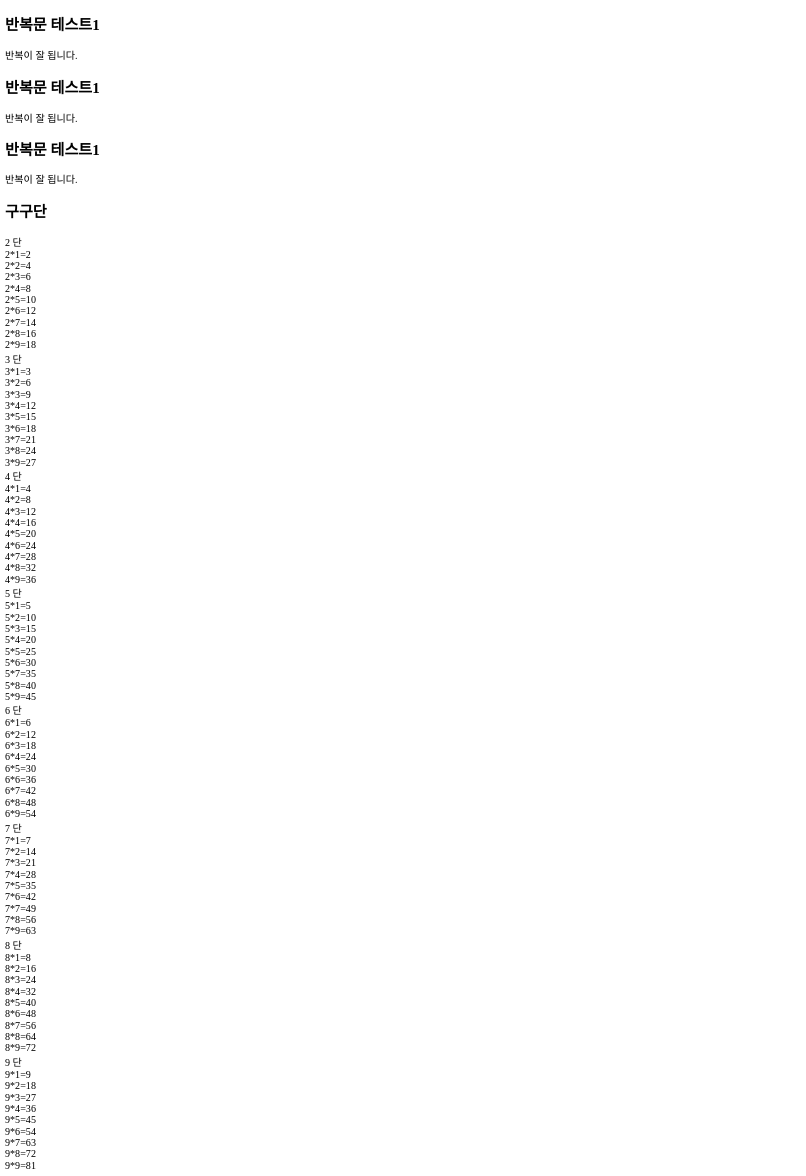
Repository: dev-leeJin/jsp-practice
Page: http://localhost/JSPBasic/jspTag/Scriptlet.jsp
These files come from the project's save history. The page is drawn as it stood at one moment and after the next save; the edit follows.
The browser window is 1280 px wide. The pictures show the whole page, at 63% of full size.
The page is served by Tomcat 9.

Above is the page before, as saved 2022-01-28 02:50:24.

### JSPBasic/src/main/webapp/jspTag/Scriptlet.jsp
<%@ page language="java" contentType="text/html; charset=UTF-8"
    pageEncoding="UTF-8"%>
<!DOCTYPE html>
<html>
<head>
<meta charset="UTF-8">
<title>Insert title here</title>
</head>
<body>
	<!-- 스크립트릿 내부에는 자바 코드를 작성할 수 있으며
	이 코드를 반영해 페이지가 구성됩니다. -->
	<% for(int i = 0; i < 3; i++) {%>
		<h2>반복문 테스트1</h2>
		<p>
			반복이 잘 됩니다.
		</p>
	<%} %>  <!-- 중간에 다른 구문이 들어간다면 띄어주는 부분은 따로 표현을 해줘야 작동한다. -->

	<!-- Q하단에 구구단 코드를 작성해주세요.
	System.out.println() 이 괄호 내 구문을 콘솔에 찍히게 해줬다면
	out.println()은 html화면에 괄호 내 구문을 콘솔에 찍히게 해줍니다.
	(javascript의 document.write()와 같은 역할-->
	<h2>구구단 </h2>
	<%
		for(int a = 2; a<10; a++){
			out.println(a+" 단" + "<br/>");
			for(int b = 1; b<10; b++){
				out.println(a + "*" + b + "=" + (a*b) + "<br/>");
			}
		}
	%>
</body>
</html>

After the next save:
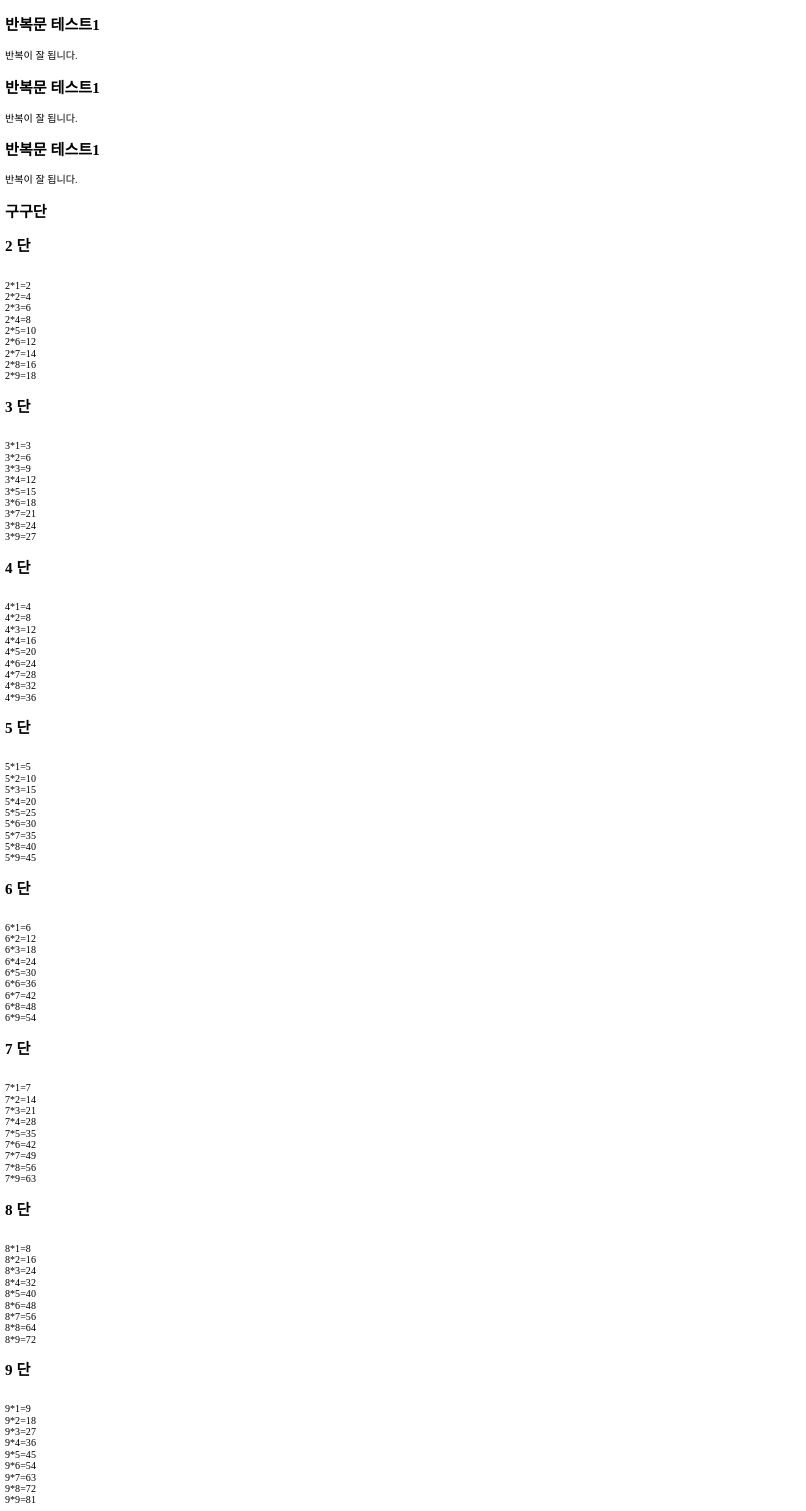
Saved 24 min 31 s later.
--- a/JSPBasic/src/main/webapp/jspTag/Scriptlet.jsp
+++ b/JSPBasic/src/main/webapp/jspTag/Scriptlet.jsp
@@ -23,7 +23,7 @@
 	<h2>구구단 </h2>
 	<%
 		for(int a = 2; a<10; a++){
-			out.println(a+" 단" + "<br/>");
+			out.println("<h2>"+a+" 단</h2>" + "<br/>");
 			for(int b = 1; b<10; b++){
 				out.println(a + "*" + b + "=" + (a*b) + "<br/>");
 			}
